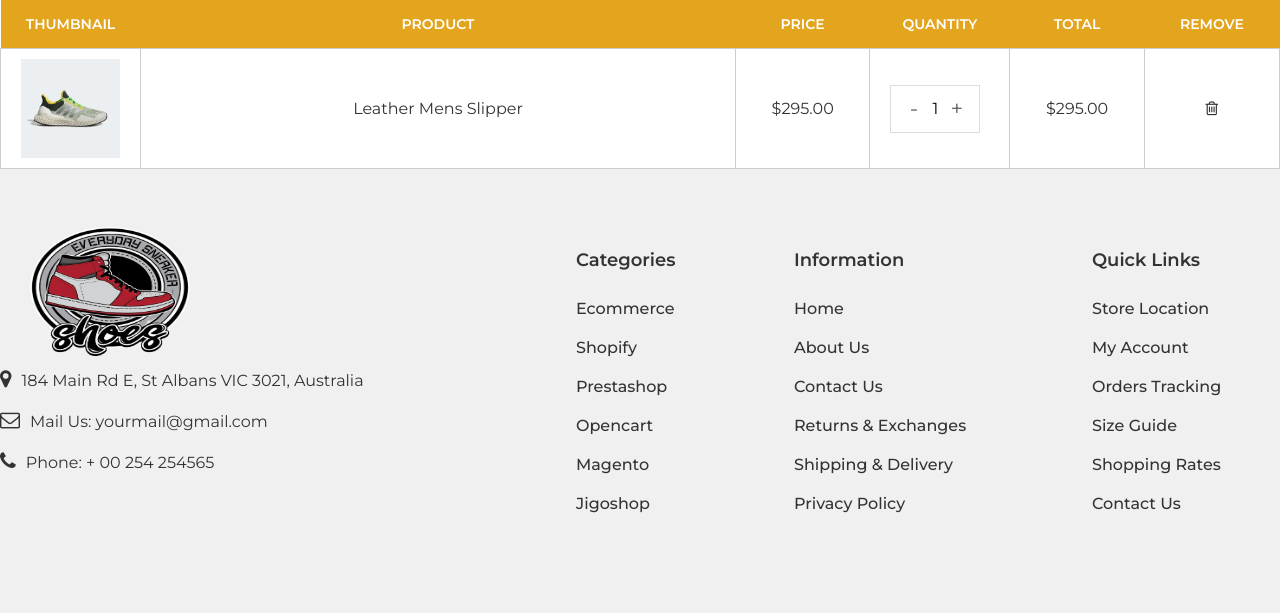
Repository: Toan3333/TranAnhToan
Page: pages/cart.html
These files come from the project's save history. The page is drawn as it stood at one moment and after the next save; the edit follows.
The browser window is 1280 px wide. The pictures show the part of the page from y = 328 to 1061 px (the page is 941 px tall before and 1061 px after).

Above is the page before, as saved 2023-02-18 22:28:44.

### pages/cart.html
<!DOCTYPE html>
<html lang="en">
  <head>
    <meta charset="UTF-8" />
    <meta http-equiv="X-UA-Compatible" content="IE=edge" />
    <meta name="viewport" content="width=device-width, initial-scale=1.0" />
    <title>Cart</title>
    <link rel="stylesheet" href="../css/style.css" />
    <link
      rel="stylesheet"
      href="https://cdnjs.cloudflare.com/ajax/libs/font-awesome/4.7.0/css/font-awesome.min.css"
    />
    <link
      href="https://fonts.googleapis.com/css?family=Montserrat:100,200,300,regular,500,600,700,800,900,100italic,200italic,300italic,italic,500italic,600italic,700italic,800italic,900italic"
      rel="stylesheet"
    />
  </head>
  <body>
    <div class="main">
      <div class="container">
        <header class="header">
          <div class="header-logo">
            <a href="../index.html">
              <img src="../img/Logo-removebg-preview.png" alt=""
            /></a>
          </div>
          <nav class="header-menu">
            <a href="../index.html" class="active">Home</a>
            <a href="#">Page</a>
            <a href="../pages/shop.html">Shop</a>
            <a href="../pages/blog.html">Blog</a>
            <a href="#">Contact Us</a>
          </nav>
          <div class="header-configure">
            <div class="header-icon">
              <a href="#">
                <i class="fa fa-search" aria-hidden="true"></i>
              </a>
              <a href="../pages/login.html">
                <i class="fa fa-user" aria-hidden="true"> </i>
              </a>
              <a href="#">
                <i class="fa fa-cart-arrow-down" aria-hidden="true"> </i>
              </a>
            </div>
          </div>
        </header>
      </div>
      <section class="breadcrumb-bg">
        <div class="container">
          <div class="breadcrubm-main">
            <h1 class="breadcrubm-title">Cart</h1>
            <ul class="breadcrubm">
              <li class="breadcrubm-item">
                <a href="../index.html">Home /</a>
              </li>
              <li class="breadcrubm-item">
                <a class="active" href="./product-detail.html">Cart</a>
              </li>
            </ul>
          </div>
        </div>
      </section>
      <section class="cart">
        <div class="container">
          <table>
            <thead>
              <tr>
                <th class="pro-thumnail">Thumbnail</th>
                <th class="pro-title">Product</th>
                <th class="pro-price">Price</th>
                <th class="pro-quantity">Quantity</th>
                <th class="pro-subtotal">Total</th>
                <th class="pro-remove">Remove</th>
              </tr>
            </thead>
            <tbody>
              <tr>
                <td class="pro-thumnail">
                  <img src="../img/product-shop-1.webp" alt="" />
                </td>
                <td class="pro-title">Leather Mens Slipper</td>
                <td class="pro-price">$295.00</td>
                <td class="pro-quantity">
                  <div class="product-detail__quantity">
                    <div class="quantity cart-quantity">
                      <span class="dec">-</span>
                      <input type="text" value="1" />
                      <span class="inc">+</span>
                    </div>
                  </div>
                </td>
                <td class="pro-subtotal">$295.00</td>
                <td class="pro-remove">
                  <i class="fa fa-trash-o" aria-hidden="true"></i>
                </td>
              </tr>
            </tbody>
          </table>
        </div>
      </section>
      <footer class="footer">
        <div class="container">
          <div class="footer-left">
            <div class="footer-column">
              <div class="footer-logo">
                <img src="../img/Logo-removebg-preview.png" alt="Logo" />
              </div>
            </div>
            <div class="footer-content">
              <ul class="footer-menu">
                <li>
                  <i class="fa fa-map-marker" aria-hidden="true"></i>184 Main Rd
                  E, St Albans VIC 3021, Australia
                </li>
                <li>
                  <i class="fa fa-envelope-o" aria-hidden="true"></i>Mail Us:
                  yourmail@gmail.com
                </li>
                <li>
                  <i class="fa fa-phone" aria-hidden="true"></i>Phone: + 00 254
                  254565
                </li>
              </ul>
            </div>
          </div>
          <div class="footer-right">
            <div class="footer-col mr">
              <h5 class="footer-title">Categories</h5>
              <div class="footer-content">
                <ul class="footer-menu">
                  <li class="footer-list">
                    <a href="#" class="footer-link">Ecommerce</a>
                  </li>
                  <li class="footer-list">
                    <a href="#" class="footer-link">Shopify </a>
                  </li>
                  <li class="footer-list">
                    <a href="#" class="footer-link">Prestashop</a>
                  </li>
                  <li class="footer-list">
                    <a href="#" class="footer-link">Opencart </a>
                  </li>
                  <li class="footer-list">
                    <a href="#" class="footer-link">Magento</a>
                  </li>
                  <li class="footer-list">
                    <a href="#" class="footer-link">Jigoshop</a>
                  </li>
                </ul>
              </div>
            </div>
            <div class="footer-col mr">
              <h5 class="footer-title">Information</h5>
              <div class="footer-content">
                <ul class="footer-menu">
                  <li class="footer-list">
                    <a href="#" class="footer-link">Home</a>
                  </li>
                  <li class="footer-list">
                    <a href="#" class="footer-link">About Us</a>
                  </li>
                  <li class="footer-list">
                    <a href="#" class="footer-link">Contact Us</a>
                  </li>
                  <li class="footer-list">
                    <a href="#" class="footer-link">Returns & Exchanges</a>
                  </li>
                  <li class="footer-list">
                    <a href="#" class="footer-link">Shipping & Delivery</a>
                  </li>
                  <li class="footer-list">
                    <a href="#" class="footer-link">Privacy Policy</a>
                  </li>
                </ul>
              </div>
            </div>
            <div class="footer-col ml">
              <h5 class="footer-title">Quick Links</h5>
              <div class="footer-content">
                <ul class="footer-menu">
                  <li class="footer-list">
                    <a href="#" class="footer-link">Store Location</a>
                  </li>
                  <li class="footer-list">
                    <a href="#" class="footer-link">My Account</a>
                  </li>
                  <li class="footer-list">
                    <a href="#" class="footer-link">Orders Tracking</a>
                  </li>
                  <li class="footer-list">
                    <a href="#" class="footer-link">Size Guide</a>
                  </li>
                  <li class="footer-list">
                    <a href="#" class="footer-link">Shopping Rates </a>
                  </li>
                  <li class="footer-list">
                    <a href="#" class="footer-link">Contact Us </a>
                  </li>
                </ul>
              </div>
            </div>
          </div>
        </div>
      </footer>
    </div>
  </body>
</html>

Loaded but not shown: css/style.css (1437 lines, source omitted)

After the next save:
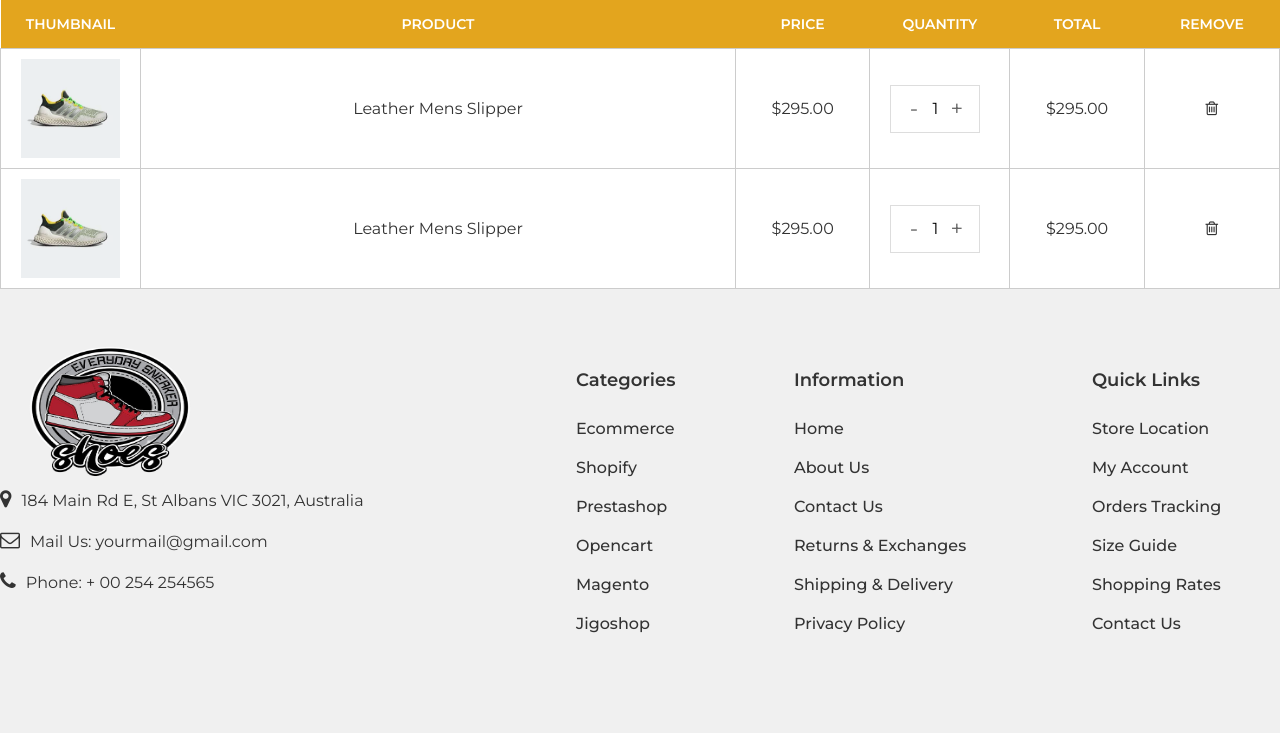
Saved 34 s later.
--- a/pages/cart.html
+++ b/pages/cart.html
@@ -95,6 +95,26 @@
                   <i class="fa fa-trash-o" aria-hidden="true"></i>
                 </td>
               </tr>
+              <tr>
+                <td class="pro-thumnail">
+                  <img src="../img/product-shop-1.webp" alt="" />
+                </td>
+                <td class="pro-title">Leather Mens Slipper</td>
+                <td class="pro-price">$295.00</td>
+                <td class="pro-quantity">
+                  <div class="product-detail__quantity">
+                    <div class="quantity cart-quantity">
+                      <span class="dec">-</span>
+                      <input type="text" value="1" />
+                      <span class="inc">+</span>
+                    </div>
+                  </div>
+                </td>
+                <td class="pro-subtotal">$295.00</td>
+                <td class="pro-remove">
+                  <i class="fa fa-trash-o" aria-hidden="true"></i>
+                </td>
+              </tr>
             </tbody>
           </table>
         </div>
